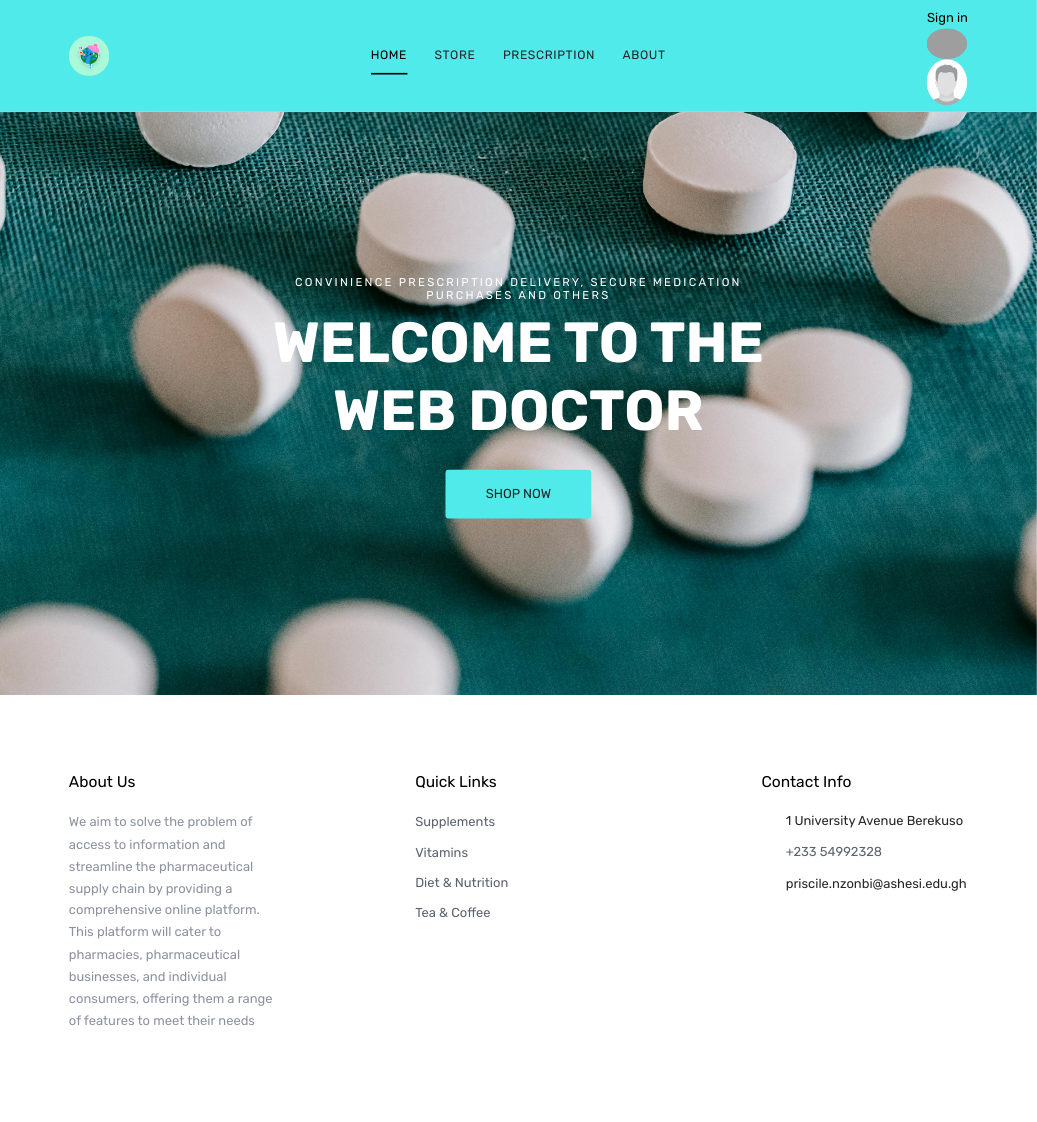
Repository: Argivist/Web-Doctor
Page: http://localhost/view/home.php
The author's editor kept a copy of each file at every save. The page is drawn from the files as they stood at one save, then again after the next save.
The browser window is 1280 px wide. The pictures show the whole page, at 81% of full size.
Pictures or frames that could not be fetched are drawn as grey boxes. Some web fonts or font styles are not loaded; a fallback is used. The page is run by PHP 8.4 with error messages shown; the project is at /var/www/html/.

Above is the page before, as saved 2024-03-09 18:01:36.

### view/home.php
<?php
include "../settings/connection.php";
session_start();
?>
<!DOCTYPE html>
<html lang="en">

<head>
  <meta charset="UTF-8">
  <meta name="viewport" content="width=device-width, initial-scale=1.0">
  <title>Home</title>
  <link rel="icon" href="../img/logo/logo.png" />

  <link href="https://fonts.googleapis.com/css?family=Rubik:400,700|Crimson+Text:400,400i" rel="stylesheet">
  <link rel="stylesheet" href="fonts/icomoon/style.css">
  <link rel="stylesheet" href="../css/bootstrap.min.css">
  <link rel="stylesheet" href="../css/magnific-popup.css">
  <link rel="stylesheet" href="../css/jquery-ui.css">
  <link rel="stylesheet" href="../css/owl.carousel.min.css">
  <link rel="stylesheet" href="../css/owl.theme.default.min.css">
  <link rel="stylesheet" href="../css/style.css">
  <link rel="stylesheet" href="../css/aos.css">
</head>

<body>
  <div class="site-wrap">

    <!--Navigation Bar-->
    <div class="site-navbar bg-primary py-2">
      <div class="container">
        <div class="d-flex align-items-center justify-content-between">
          <div class="logo">
            <div class="site-logo">
              <a href="home.php" class="js-logo-clone"><img src="../img/logo/logo.png" style="width:50px; border-radius:50px;" alt="logo" /></a>
            </div>
          </div>
          <div class="main-nav d-lg-block">
            <nav class="site-navigation text-right text-md-center" role="navigation">
              <ul class="site-menu js-clone-nav d-lg-block">
                <li class="active"><a href="home.php">Home</a></li>
                <li><a href="shop.php">Store</a></li>
                <li class=""><a href="prescription.php">Prescription</a></li>

                <li><a href="aboutus.php">About</a></li>

              </ul>
            </nav>
          </div>
          <div class="icons">
          <?php
          if (isset($_SESSION['id'])) {
            echo "<div class='logout'><a href='../actions/logout.php'>Logout</a></div>";
          } else {
            echo "<div class='login'><a href='../login/login.php'>Sign in</a></div>";
          } ?>
          <!-- cart -->
          <?php
              if (isset($_SESSION['id'])) {
                echo "<a href='cart.php'>Cart</a>";
              } else {
                echo "<a href='../login/login.php'><img src='../img/cart.png' alt='Image' class='rounded-circle' style='width:50px; border-radius:50px;'></a>";
              }
            ?>

          <div class="profile">
            <!-- profile -->
            <a href="
                        <?php
                        if (isset($_SESSION['id'])) {
                          echo "profile.php";
                        } else {
                          echo "../login/login.php";
                        }
                        ?>
                        "><img src="
                        <?php
                        if (isset($_SESSION['id'])) {
                          echo "../img/profile.jpg";
                        } else {
                          echo "../img/default_profile.jpg";
                        }
                        ?>
                        " alt="Image" class="rounded-circle" style="width:50px; border-radius:50px;"></a>
          </div></div>
        </div>
      </div>
    </div>

    <!--Main Content-->
    <!--Image By: Photo by Alex Green: https://www.pexels.com/photo/pile-of-white-spilled-pills-5699514/-->
    <div class="site-blocks-cover" style="background-image: url('../img/background/pharmacy_1.jpg');">
      <div class="container">
        <div class="row">
          <div class="col-lg-7 mx-auto order-lg-2 align-self-center">
            <div class="site-block-cover-content text-center">
              <h2 class="sub-title">Convinience Prescription Delivery, Secure Medication Purchases and others</h2>
              <h1>Welcome To The Web Doctor</h1>
              <p>
                <a href="
                        <?php
                        if (isset($_SESSION['id'])) {
                          echo "shop.php";
                        } else {
                          echo "../login/login.php";
                        }
                        ?>" class="btn btn-primary px-5 py-3">Shop Now</a>
              </p>
            </div>
          </div>
        </div>
      </div>
    </div>
    <footer class="site-footer">
      <div class="container">
        <div class="row">
          <div class="col-md-6 col-lg-3 mb-4 mb-lg-0">

            <div class="block-7">
              <h3 class="footer-heading mb-4">About Us</h3>
              <p>We aim to solve the problem of access to information and streamline the pharmaceutical supply chain by providing a
                comprehensive online platform. This platform will cater to pharmacies, pharmaceutical businesses, and individual consumers,
                offering them a range of features to meet their needs</p>
            </div>

          </div>
          <div class="col-lg-3 mx-auto mb-5 mb-lg-0">
            <h3 class="footer-heading mb-4">Quick Links</h3>
            <ul class="list-unstyled">
              <li><a href="#">Supplements</a></li>
              <li><a href="#">Vitamins</a></li>
              <li><a href="#">Diet &amp; Nutrition</a></li>
              <li><a href="#">Tea &amp; Coffee</a></li>
            </ul>
          </div>

          <div class="col-md-6 col-lg-3">
            <div class="block-5 mb-5">
              <h3 class="footer-heading mb-4">Contact Info</h3>
              <ul class="list-unstyled">
                <li class="address">1 University Avenue Berekuso</li>
                <li class="phone"><a href="tel://23923929210">+233 54992328</a></li>
                <li class="email">priscile.nzonbi@ashesi.edu.gh</li>
              </ul>
            </div>


          </div>
        </div>

      </div>
    </footer>
</body>

</html>

### settings/connection.php

<?php
// $server="localhost";
// $user="root";
// $passwd="cs341webtech";
// $db="web_doctors";

// $conn=mysqli_connect($server,$user,$passwd,$db) or die("Connection failed :: ".$conn->error);
?>

<?php
$server="localhost:3307";
$user="root";
$passwd="root";
$db="web_doctors";

$conn=mysqli_connect($server,$user,$passwd,$db) or die("Connection failed :: ".$conn->error);
?>

Loaded but not shown: css/bootstrap.min.css (library); css/magnific-popup.css (library); css/jquery-ui.css (library); css/owl.carousel.min.css (common file); css/owl.theme.default.min.css (common file); css/aos.css (library); css/style.css (1125 lines, source omitted)

After the next save:
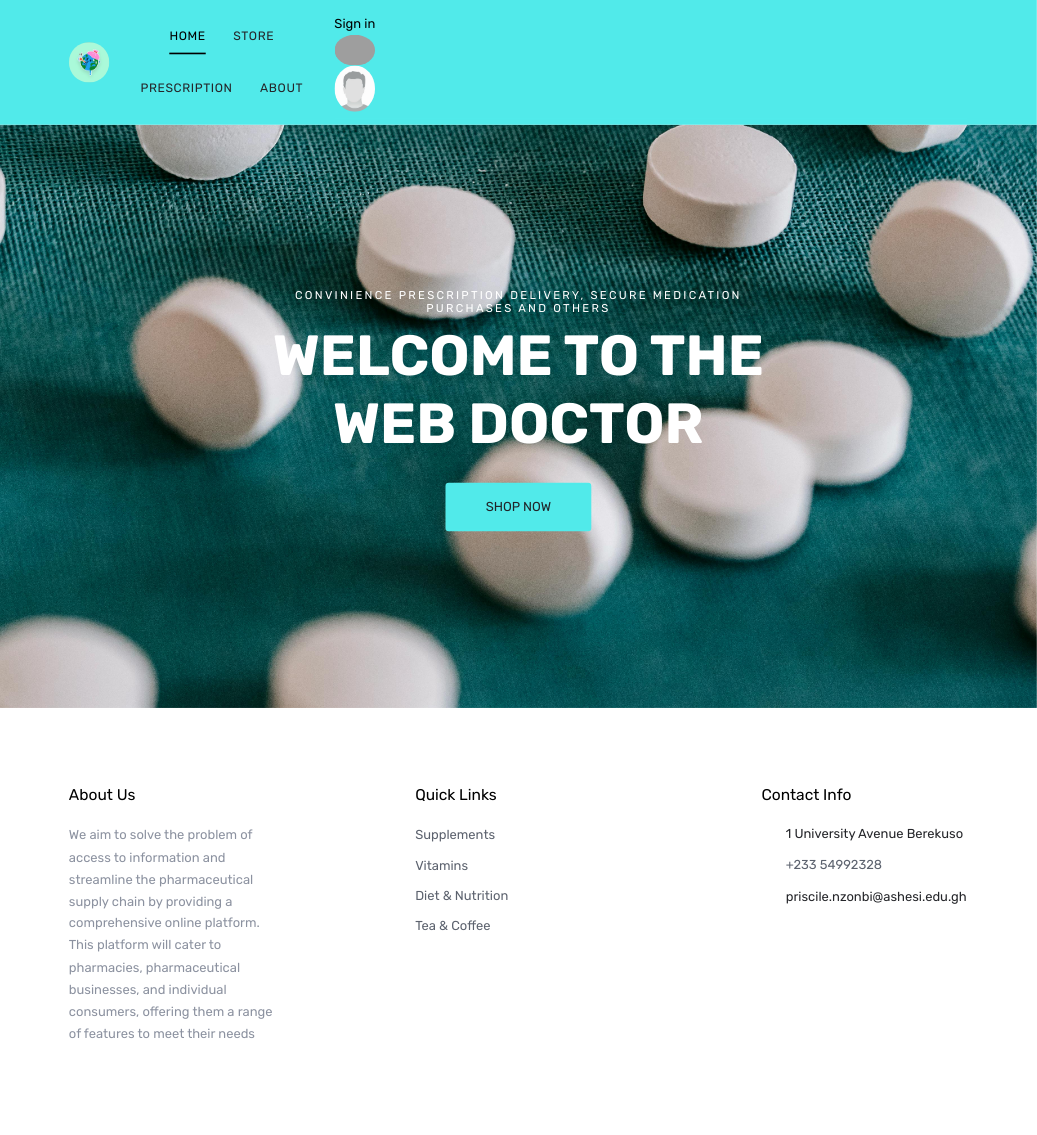
Saved 41 s later.
--- a/view/home.php
+++ b/view/home.php
@@ -46,7 +46,7 @@ session_start();
               </ul>
             </nav>
           </div>
-          <div class="icons">
+          <div class="site-navbar bg-primary py-2">
           <?php
           if (isset($_SESSION['id'])) {
             echo "<div class='logout'><a href='../actions/logout.php'>Logout</a></div>";
